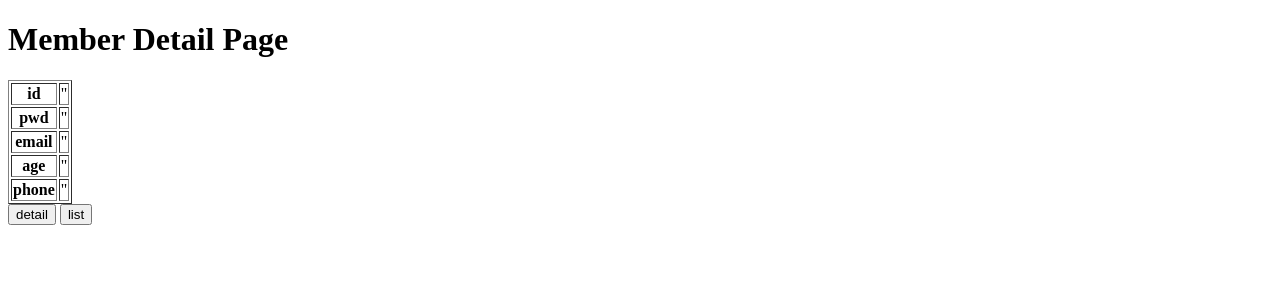
Repository: havanara/240411_JSP_Project
Page: http://localhost/jst_study/member/modify.jsp
The author's editor kept a copy of each file at every save. The page is drawn from the files as they stood at one save, then again after the next save.
The browser window is 1280 px wide. The pictures show the whole page.
The page is served by Tomcat 9. Other server files are loaded and not shown. The template is opened directly, without the code that normally fills it, so the values that code supplies are empty.

Above is the page before, as saved 2024-04-15 07:51:07.

### jst_study/src/main/webapp/member/modify.jsp
<%@ page language="java" contentType="text/html; charset=UTF-8"
    pageEncoding="UTF-8"%>
<!DOCTYPE html>
<html>
<head>
<meta charset="UTF-8">
<title>Insert title here</title>
</head>
<body>
	<h1>Member Detail Page</h1>

	<table border="1">
		<tr>
			<th>id</th>
			<td>${mvo.id }"</td>
		</tr>
		<tr>
			<th>pwd</th>
			<td>${mvo.pwd }"</td>
		</tr>
		<tr>
			<th>email</th>
			<td>${mvo.email }"</td>
		</tr>
		<tr>
			<th>age</th>
			<td>${mvo.age }"</td>
		</tr>
		<tr>
			<th>phone</th>
			<td>${mvo.phone }"</td>
		</tr>
	</table>
	<a href="/memb/detail?id=${mvo.id }"><button>detail</button></a>
	<a href="/memb/list"><button>list</button></a>
</body>
</html>

After the next save:
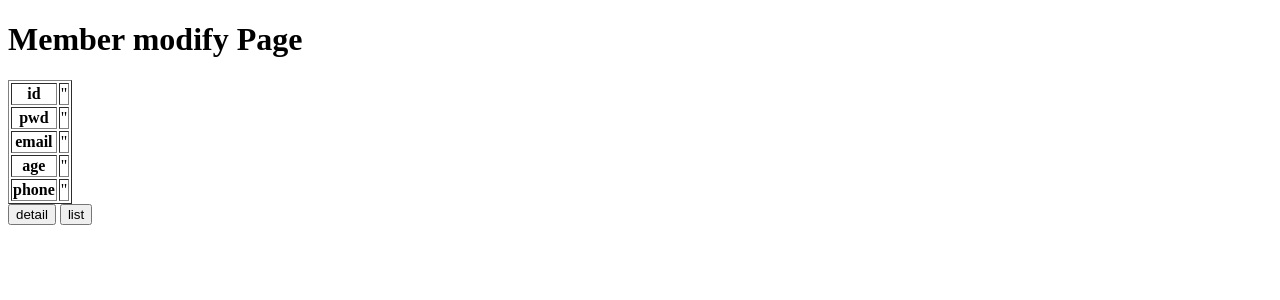
Saved 10 min 10 s later.
--- a/jst_study/src/main/webapp/member/modify.jsp
+++ b/jst_study/src/main/webapp/member/modify.jsp
@@ -7,7 +7,7 @@
 <title>Insert title here</title>
 </head>
 <body>
-	<h1>Member Detail Page</h1>
+	<h1>Member modify Page</h1>
 
 	<table border="1">
 		<tr>
